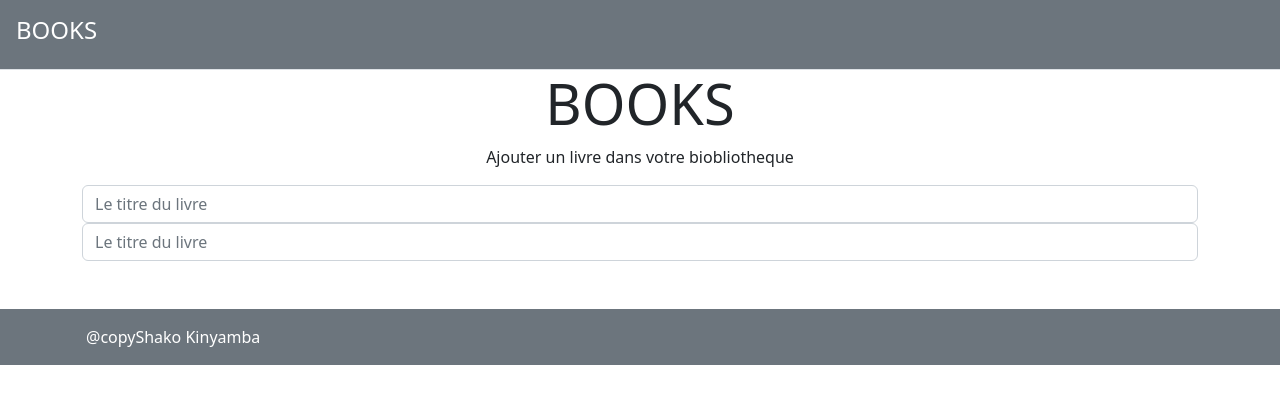
Repository: SKB-TECH/Books
Page: /
An editor plug-in stored every save of this project. The page is shown before and after the next save, followed by the edit.
The browser window is 1280 px wide. The pictures show the whole page.
The project was rebuilt for these pictures with package versions that can differ from the ones it lists, and the page was loaded fresh each time. Also part of the build but not shown: vite.config.js.

Above is the page before, as saved 2022-11-09 15:45:24.

### src/main.jsx
import React from 'react'
import ReactDOM from 'react-dom/client'
import App from './App'
import 'bootstrap/dist/css/bootstrap.min.css'

ReactDOM.createRoot(document.getElementById('root')).render(
  <React.StrictMode>
    <App />
  </React.StrictMode>
)

### src/App.jsx
import React from 'react';
import Footer from './components/Footer';
import Navbar from './components/Navbar';
import AddBooks from './Containers/AddBooks'
const App = () => {
  return (
    <div className='App'>
      <Navbar />
      <AddBooks />
      <Footer />
    </div>
  );
};

export default App;

### src/components/Footer.jsx
import React from 'react';

const Footer = () => {
    return (
        <footer className='footer text-white bg-secondary mt-5'>
            <div className='container p-3'>
                <span>
                    @copyShako Kinyamba
                </span>
            </div>
        </footer>
    );
};

export default Footer;

### src/components/Navbar.jsx
import React from 'react';

const Navbar = () => {
    return (
        <header>
            <div className='d-flex flex-column flex-md-row p-3 border-bottom bg-secondary text-white'>
                <h4 className='mr-md-auto'>
                    <a href="/" className='text-decoration-none text-white'>BOOKS</a>
                </h4>
            </div>
            {/* Menu principl */}
        </header>
    );
};

export default Navbar;

### src/Containers/AddBooks.jsx
import React from 'react';

const AddBooks = () => {
    return (
        <main role="main">
            <div className='jumbotron jumbotron-fluid'>
                <div className='container text-center'>
                    <h1 className='display-4'>
                        BOOKS
                    </h1>
                    <p>
                        Ajouter un livre dans votre biobliotheque
                    </p>

                    <form action="" className='form-inline justify-content-center'>
                        <div className='form-group'>
                            <input type="text"
                                className='form-control'
                                placeholder='Le titre du livre'
                                required
                            />
                        </div>
                        <div className='form-group'>
                            <input type="text"
                                className='form-control ml-3'
                                placeholder='Le titre du livre'
                                required
                            />
                        </div>
                    </form>
                </div>
            </div>
        </main>
    );
};

export default AddBooks;

Loaded but not shown: index.html (common file)

After the next save:
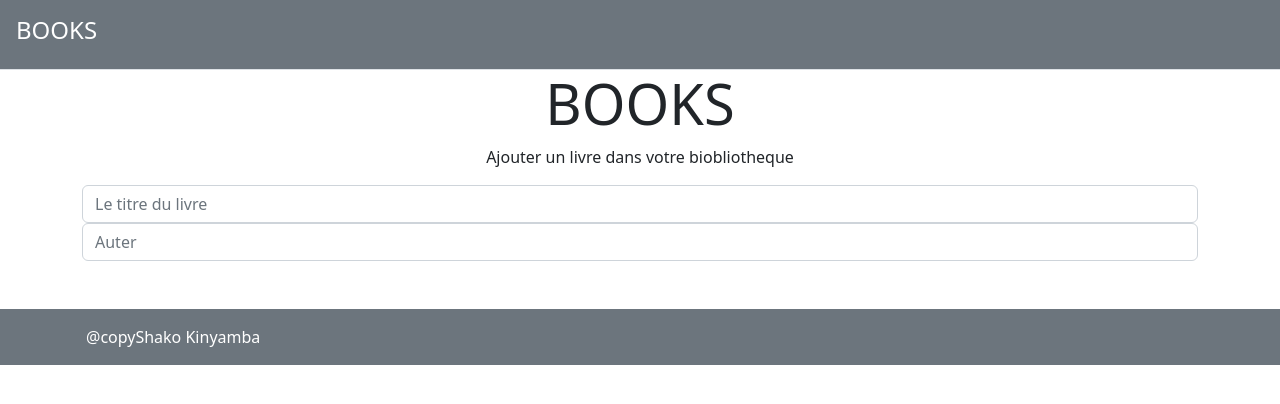
Saved 5 s later.
--- a/src/Containers/AddBooks.jsx
+++ b/src/Containers/AddBooks.jsx
@@ -23,7 +23,7 @@ const AddBooks = () => {
                         <div className='form-group'>
                             <input type="text"
                                 className='form-control ml-3'
-                                placeholder='Le titre du livre'
+                                placeholder='Auter'
                                 required
                             />
                         </div>
